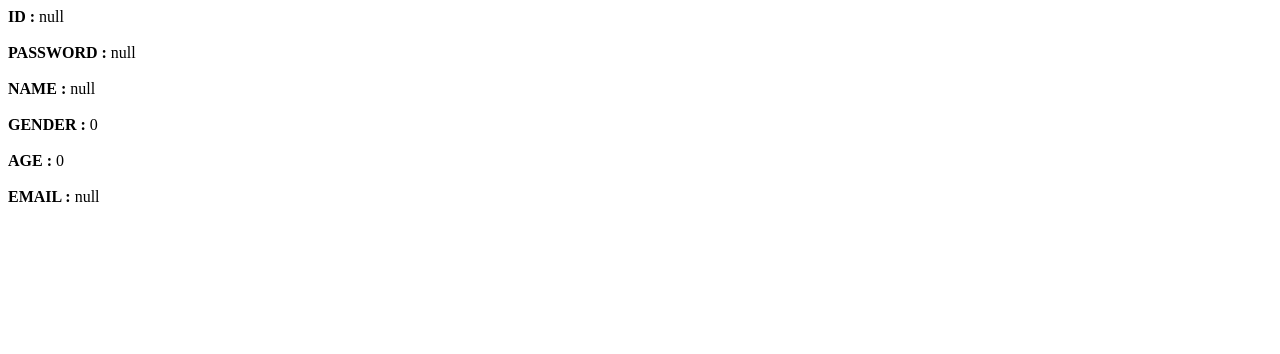
Repository: MaSHwan/JSP_Study
Page: http://localhost/ServletProject/template/joinCheck.jsp
These files come from the project's save history. The page is drawn as it stood at one moment and after the next save; the edit follows.
The browser window is 1280 px wide. The pictures show the whole page.
The page is served by Tomcat 9.

Above is the page before, as saved 2022-08-08 05:32:48.

After the next save:
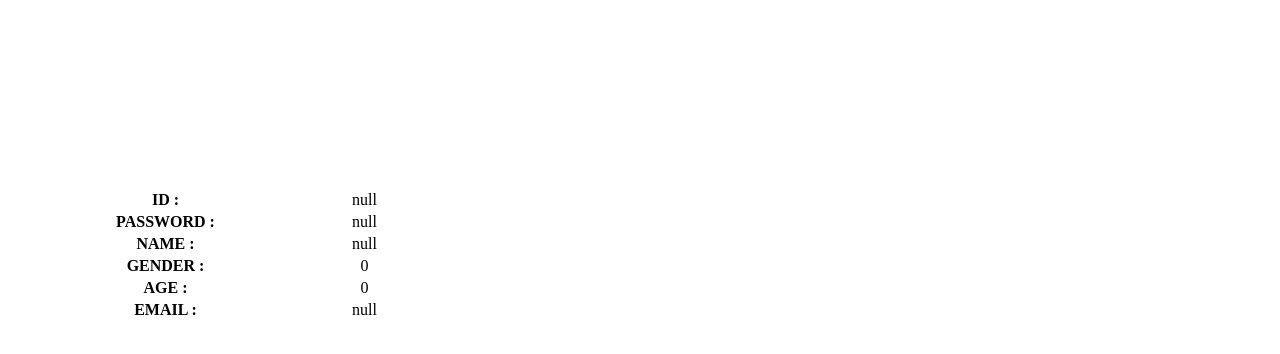
Saved 65 s later.
--- a/ServletProject/src/main/webapp/template/joinCheck.jsp
+++ b/ServletProject/src/main/webapp/template/joinCheck.jsp
@@ -19,7 +19,7 @@
 </style>
 </head>
 <body>
-	<table></table> <tr>
+	<table> <tr>
 	 	<td><b>ID : </b></td>
 	 	<td>
 	 		<jsp:getProperty property="id" name="join"/>
